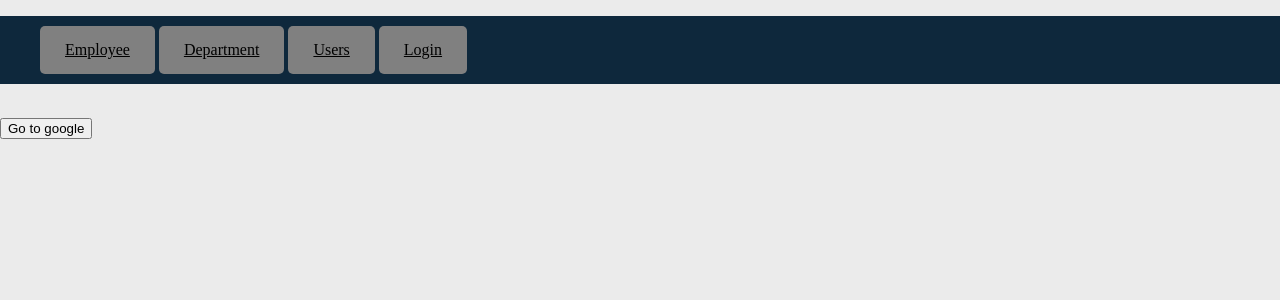
Repository: avsuhas/Java-Project
Page: Employee Project/WebContent/html/button.html
An editor plug-in stored every save of this project. The page is shown before and after the next save, followed by the edit.
The browser window is 1280 px wide. The pictures show the whole page.

Above is the page before, as saved 2017-05-24 21:42:32.

After the next save:
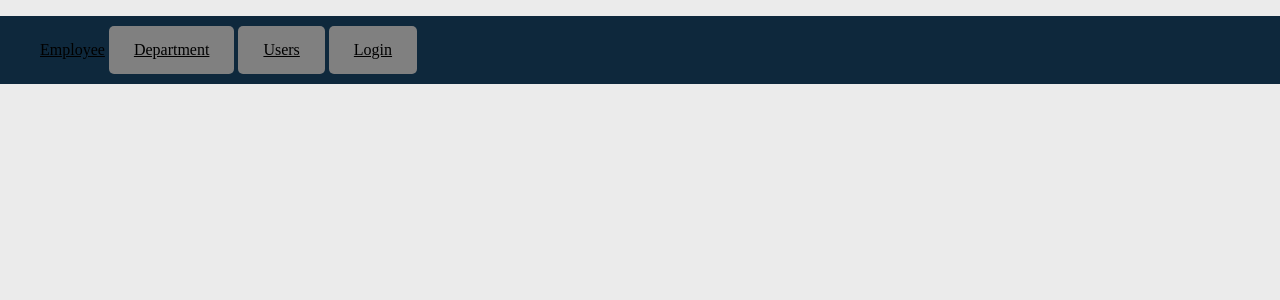
Saved 83 s later.
--- a/Employee Project/WebContent/html/button.html
+++ b/Employee Project/WebContent/html/button.html
@@ -36,29 +36,16 @@
 <body>
 	<div class="ulTag">
 	<ul>
-		<li class="liTag"> <a href="../jsp/employees.jsp" style="color:black;">Employee</a></li>
+		 <a href="../jsp/employees.jsp" style="color:black;">Employee</a>
 
 		<li class="liTag"><a href="../jsp/departments.jsp" style="color:black;">Department</a></li>
 		<li class="liTag"><a href="#" style="color:black;">Users</a></li>
 		<li class="liTag"><a href="employees.jsp" style="color:black;">Login</a></li>
 	</ul>
 	</div>
-
-
-
 <br>
 
 
 
-
-
-
-
-<form name="link" action = "../jsp/employees.jsp">
-	<input type="submit" value="Go to google"/>
-
-</form>
-
-
 </body>
 </html>
